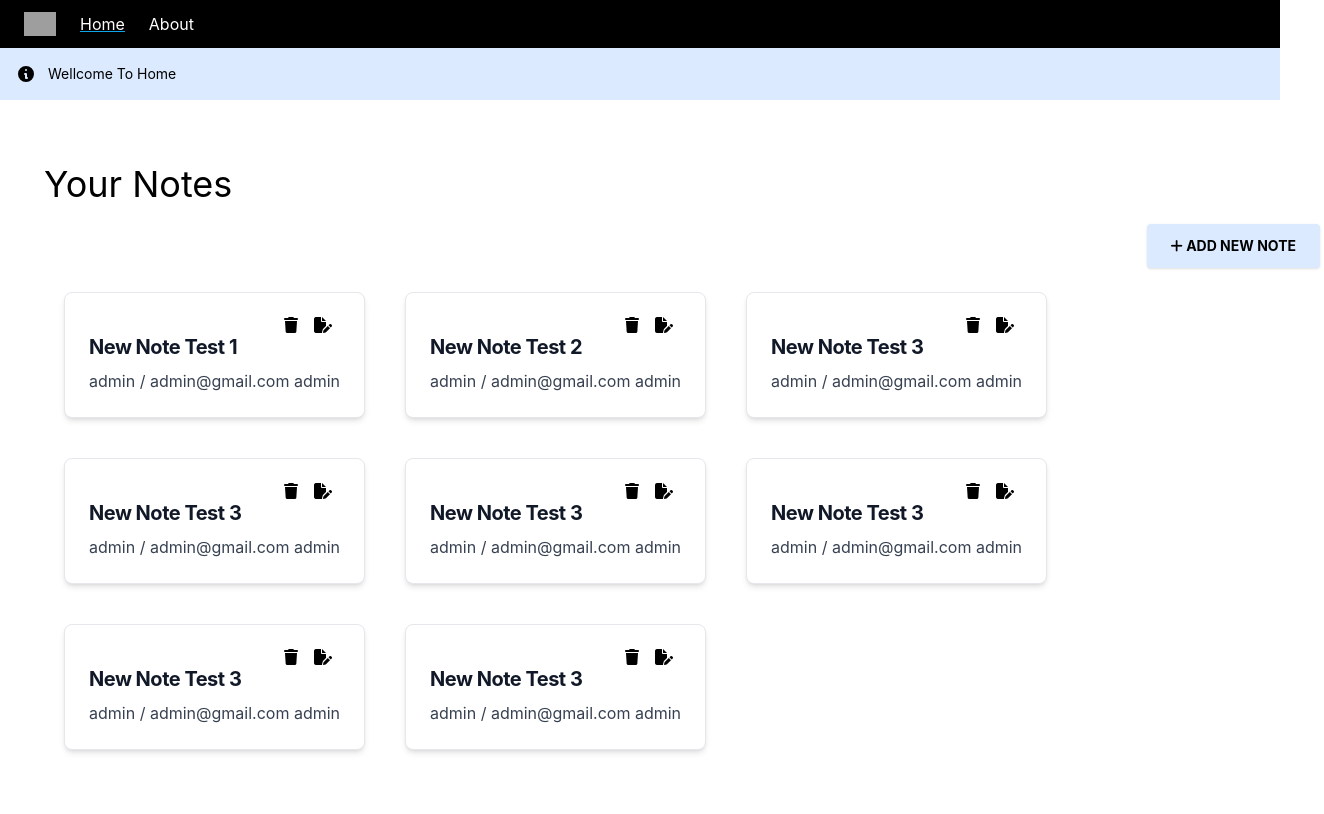
Repository: sonawaneteju4/iNote
Page: /
These files come from the project's save history. The page is drawn as it stood at one moment and after a run of saves; the edit follows.
The browser window is 1280 px wide. The page is 1324 px wide, so the pictures cover 1324 px, including what lies to the right of the window. The pictures show the whole page.
Pictures or frames that could not be fetched are drawn as grey boxes. Some web libraries are served in a nearby version. The project was rebuilt for these pictures with package versions that can differ from the ones it lists, and the page was loaded fresh each time. Also part of the build but not shown: src/components/AddNote.js, src/components/About.js.

Above is the page before, as saved 2022-10-11 10:51:57.

After the next 3 saves:
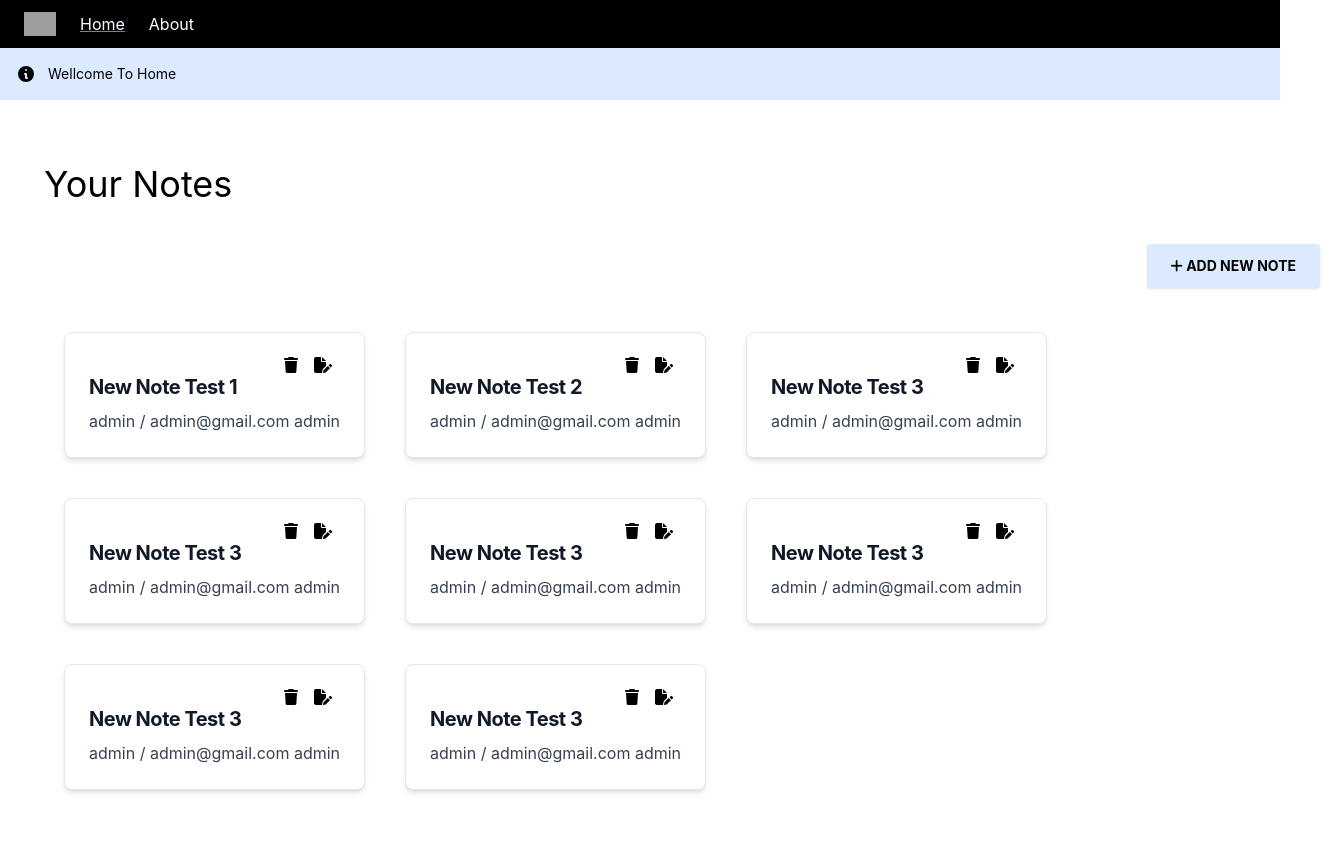
The 3 saves are shown as one change because they came seconds apart.
The last was saved 11 s later.
--- a/src/components/Notes.js
+++ b/src/components/Notes.js
@@ -11,7 +11,7 @@ const Notes = () => {
   return (
     <div>
       <h1 className='py-5 text-4xl'>Your Notes</h1>
-<div className='flex flex-row justify-end'>
+<div className='flex flex-row justify-end my-5'>
 
       <button
         className="bg-blue-100 text-black active:bg-pink-600 font-bold uppercase text-sm px-6 py-3 rounded shadow hover:shadow-lg outline-none focus:outline-none mr-1 mb-1 ease-linear transition-all duration-150"
